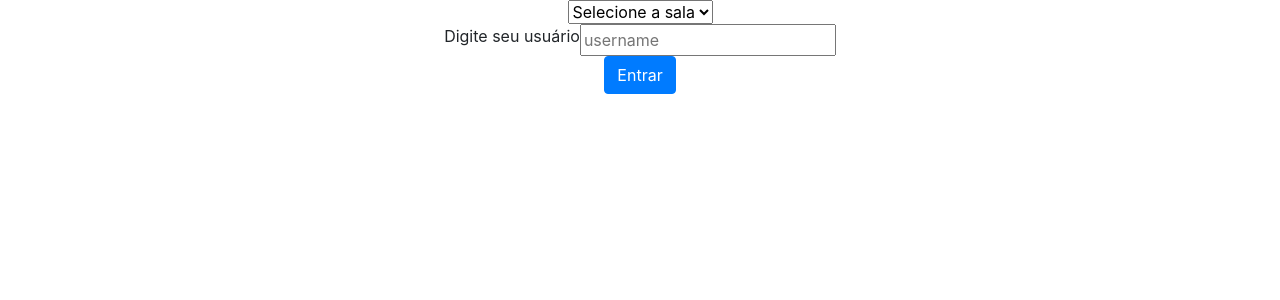
Repository: andre06x/chat-scoketio
Page: / (app in front/)
The author's editor kept a copy of each file at every save. The page is drawn from the files as they stood at one save, then again after a run of saves.
The browser window is 1280 px wide. The pictures show the whole page.
The page's requests for data from a server got no answer. The project was rebuilt for these pictures with package versions that can differ from the ones it lists, and the page was loaded fresh each time. No one was signed in, and anything a server would have sent is missing. Also part of the build but not shown: front/vite.config.js, front/src/chat.js.

Above is the page before, as saved 2022-05-16 11:01:26.

### front/index.html
<!DOCTYPE html>
<html lang="en">
  <head>
    <meta charset="UTF-8" />
    <link rel="icon" type="image/svg+xml" href="/src/favicon.svg" />
    <meta name="viewport" content="width=device-width, initial-scale=1.0" />
    <link rel="stylesheet" href="https://cdn.jsdelivr.net/npm/bootstrap@4.6.1/dist/css/bootstrap.min.css" integrity="sha384-zCbKRCUGaJDkqS1kPbPd7TveP5iyJE0EjAuZQTgFLD2ylzuqKfdKlfG/eSrtxUkn" crossorigin="anonymous">

    <title>Vite App</title>
  </head>
  <body>
    <div id="root"></div>
    <script type="module" src="/src/main.jsx"></script>
  </body>
</html>

### front/src/App.jsx
import { useEffect, useState } from 'react'
import logo from './logo.svg'
import './App.css'
import { Rotas } from "./routes"


function App() {
  return (
    <Rotas/>
  )
}

export default App

### front/src/routes.js
import {
  BrowserRouter,
  Routes,
  Route,
} from "react-router-dom";
import React from 'react';

import { Home } from './index';
import { Chat } from './chat';

const Rotas = () => {
  return (
    <BrowserRouter>
      <Routes>
        <Route path="/" element={<Home />} />
        <Route path="chat/:sala/:user" element={<Chat />} />
      </Routes>
    </BrowserRouter>
  )
}
export { Rotas }

### front/src/index.jsx
import React, { useEffect } from 'react';
import socketIOClient from "socket.io-client";
const ENDPOINT = "http://127.0.0.1:5000";;
import axios from 'axios';
const Home = () => {

  useEffect(() => {
    const socket = socketIOClient(ENDPOINT);
    socket.on("teste", data => {
      console.log(data)
    });

    const get = async  () => {
      const { data } = await axios.get("http://localhost:5000/teste");
      console.log(data)
    }

    get();
  }, []);

  return (
    <div class="container d-flex flex-column align-items-center">
      <div class="row  mx-auto">
        <select name="select_room" id="select_room">
          <option value="-1">Selecione a sala</option>
          <option value="node">Node</option>
          <option value="java">Java</option>
          <option value="reactjs">ReactJS</option>
          <option value="elixir">Elixir</option>
        </select>
      </div>

      <div class="row">
        <label class="form-label">Digite seu usuário</label>
        <input type="text" name="username" placeholder="username"/>
      </div>

      <div class="row">
        <button type="submit" class="btn btn-primary mb-3">Entrar</button>
      </div>

    </div>
  )
}

export { Home }

Loaded but not shown: front/src/main.jsx (common file); front/src/index.css (common file); front/src/App.css (common file)

After the next 2 saves:
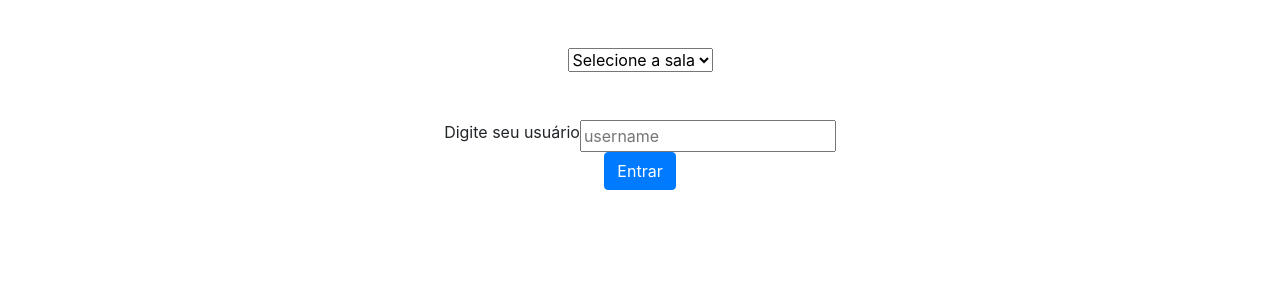
The 2 saves are shown as one change because they came seconds apart.
The last was saved 37 s later.
--- a/front/src/index.jsx
+++ b/front/src/index.jsx
@@ -20,7 +20,7 @@ const Home = () => {
 
   return (
     <div class="container d-flex flex-column align-items-center">
-      <div class="row  mx-auto">
+      <div class="row m-5">
         <select name="select_room" id="select_room">
           <option value="-1">Selecione a sala</option>
           <option value="node">Node</option>
